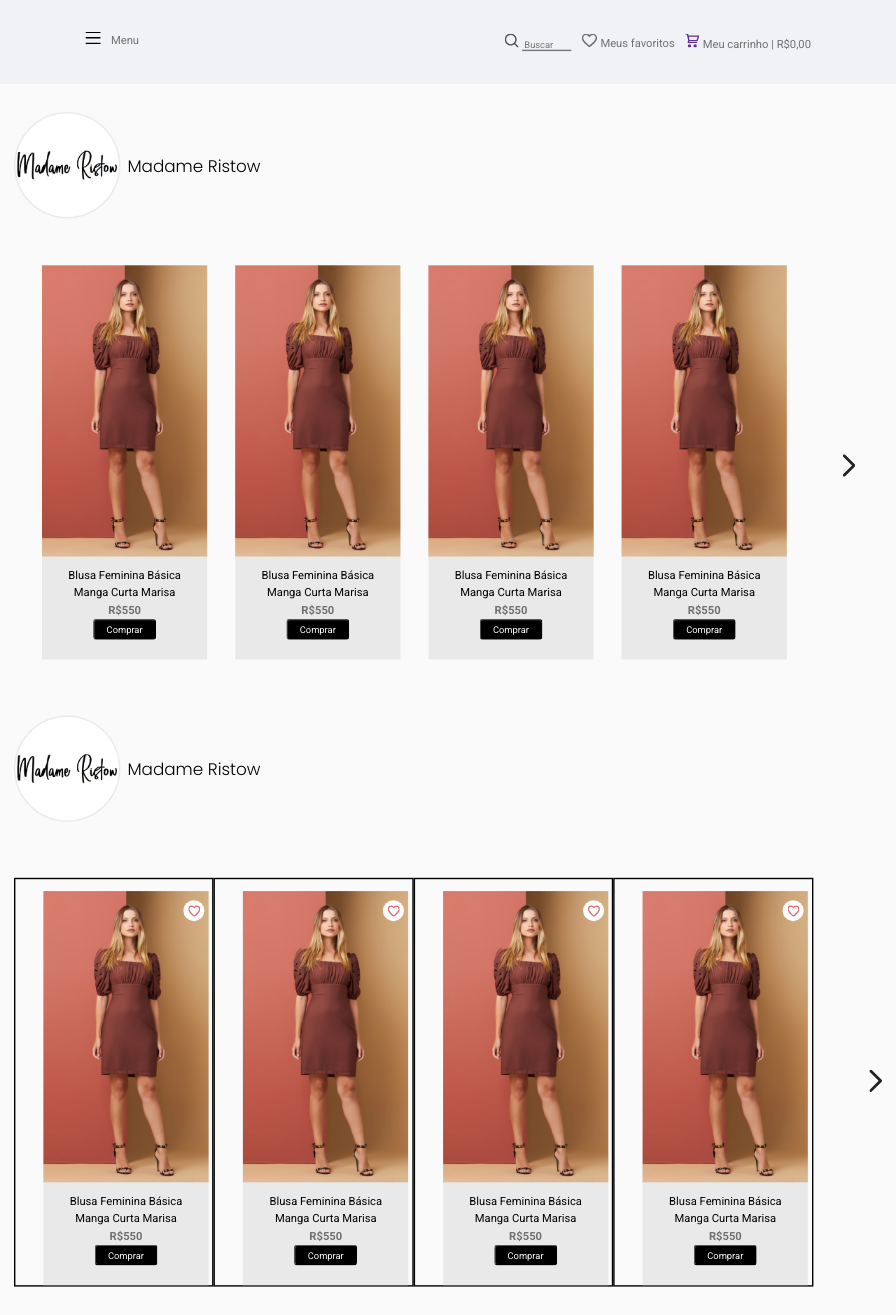
Repository: gutobarbosa/FrontEndLojaVirtual
Page: /
These files come from the project's save history. The page is drawn as it stood at one moment and after the next save; the edit follows.
The browser window is 1280 px wide. The pictures show the whole page, at 70% of full size.
The project was rebuilt for these pictures with package versions that can differ from the ones it lists, and the page was loaded fresh each time. Also part of the build but not shown: src/pages/Repository/styles.ts, src/services/api.ts, src/pages/Repository/index.tsx.

Above is the page before, as saved 2020-11-22 00:17:10.

After the next save:
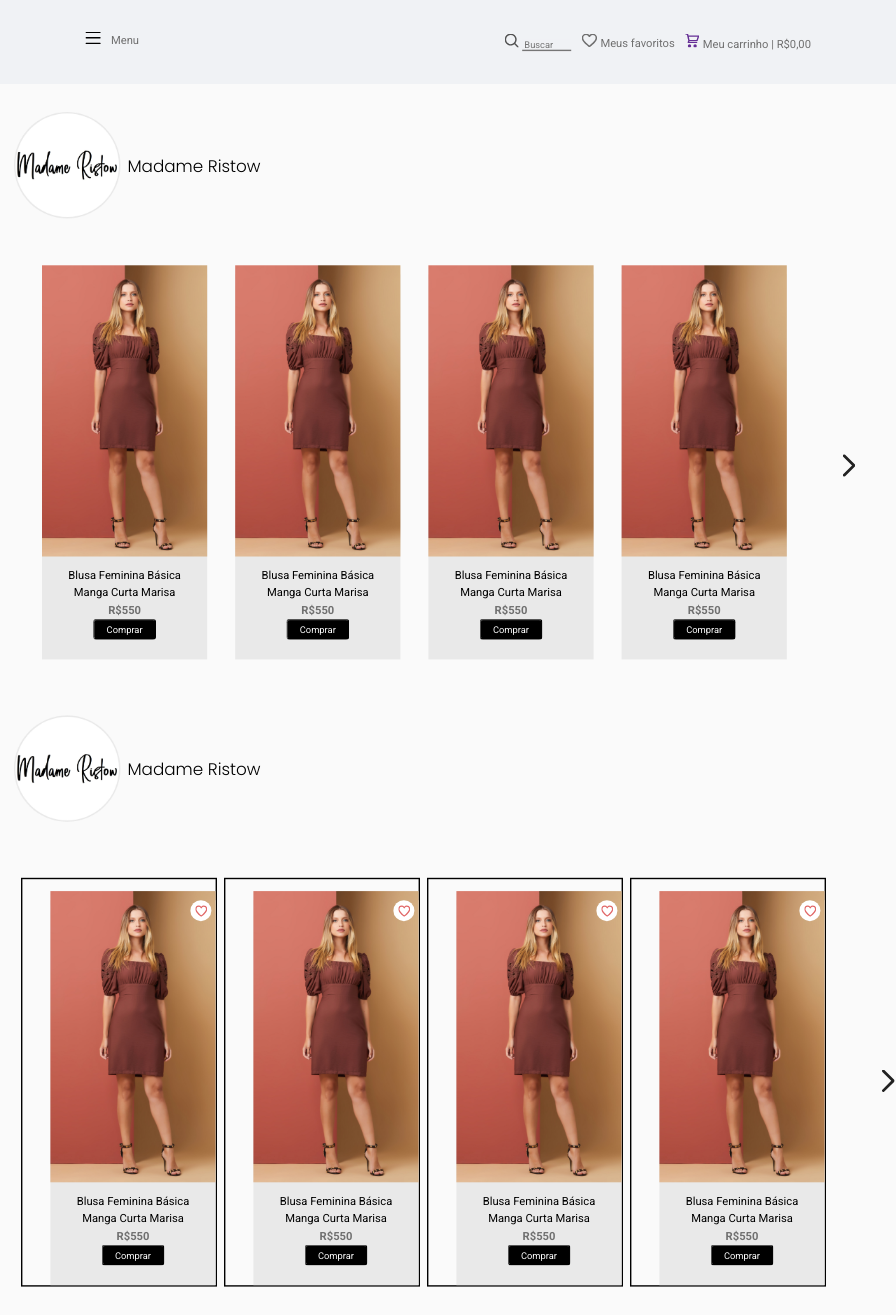
Saved 24 s later.
--- a/src/pages/Dashboard/styles.ts
+++ b/src/pages/Dashboard/styles.ts
@@ -35,6 +35,7 @@ align-items: center;
     .containerBox{
         width:50%;
         border: 2px solid black;
+        margin-left: 10px
     }
     .heart {
         width: 30px;
